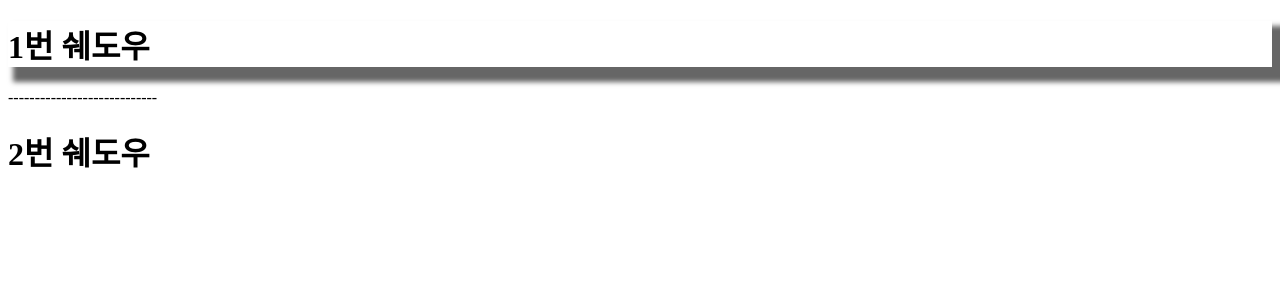
Repository: KimHeonSeung/TJE_HTML
Page: sources/day_04/WebContent/boxshadow.html
An editor plug-in stored every save of this project. The page is shown before and after the next save, followed by the edit.
The browser window is 1280 px wide. The pictures show the whole page.

Above is the page before, as saved 2019-05-15 01:47:32.

### sources/day_04/WebContent/boxshadow.html
<!DOCTYPE html>
<html>
<head>
<meta charset="UTF-8">
<title>박스 쉐도우</title>

<style>
.shd1 {
	box-shadow: 10px 10px 5px 5px #666;
}
.shd2 {
	box-shadow: 10px 10px 50px -1px white inset;
}
</style>

</head>
<body>

<h1 class = "shd1">1번 쉐도우</h1>
<p>----------------------------</p>
<h1 class = "shd2">2번 쉐도우</h1>

</body>
</html>

After the next save:
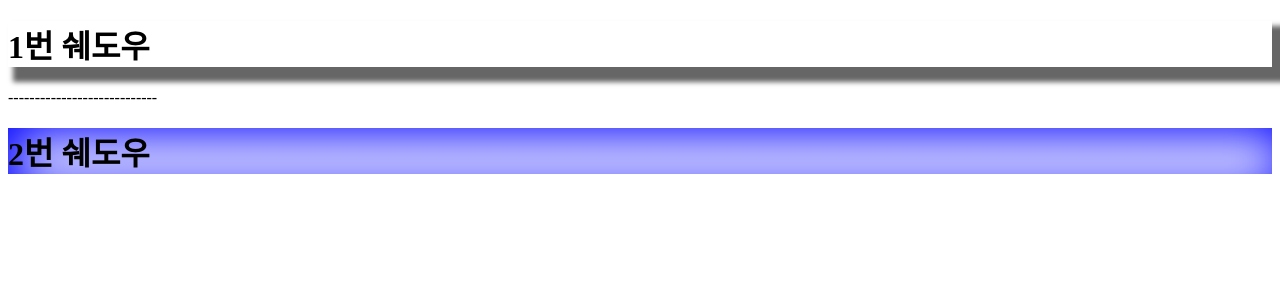
Saved 10 s later.
--- a/sources/day_04/WebContent/boxshadow.html
+++ b/sources/day_04/WebContent/boxshadow.html
@@ -9,7 +9,7 @@
 	box-shadow: 10px 10px 5px 5px #666;
 }
 .shd2 {
-	box-shadow: 10px 10px 50px -1px white inset;
+	box-shadow: 10px 10px 50px -1px blue inset;
 }
 </style>
 
